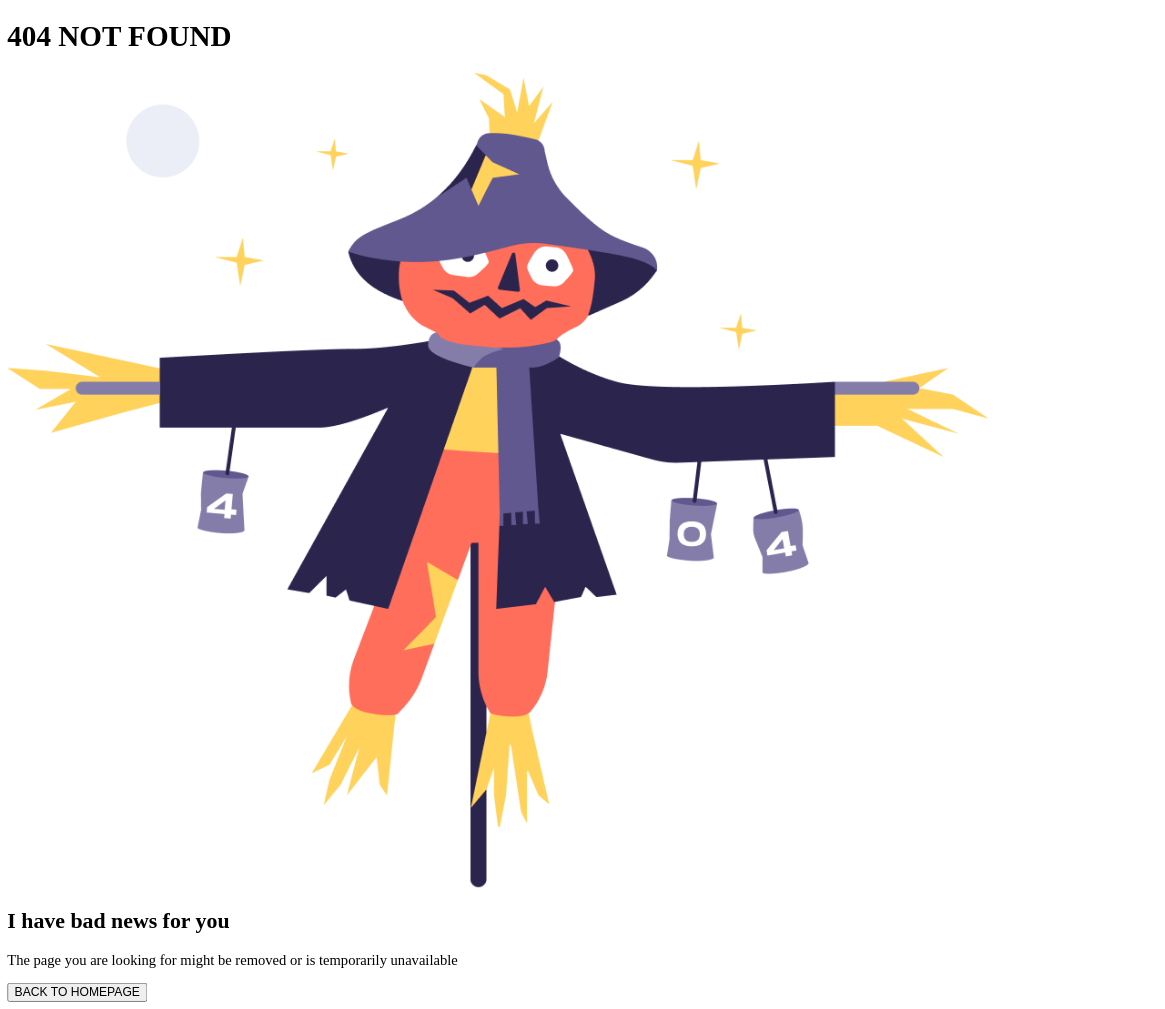
Repository: kellyalves87/404_not_found
Page: index.html
The author's editor kept a copy of each file at every save. The page is drawn from the files as they stood at one save, then again after the next save.
The browser window is 1280 px wide. The pictures show the whole page, at 91% of full size.

Above is the page before, as saved 2021-05-16 14:37:49.

### index.html
<!DOCTYPE html>
<html lang="en">

<head>
  <meta charset="utf-8" />
  <meta name="viewport" content="width=device-width, initial-scale=1,
  maximum-scale=5" />
  <link rel="icon" href="./assets/devchallenges.png" />
  <link rel="shortcut icon" type="image/x-icon" href="https://devchallenges.io/" />
  <link rel="preconnect" href="https://fonts.gstatic.com">
  <link href="https://fonts.googleapis.com/css2?family=Inconsolata:wght@700&family=Space+Mono:wght@400;700&display=swap"
    rel="stylesheet">
  <title>Devchallenges</title>
</head>

<header class="header">
  <h1>404 NOT FOUND</h1>
</header>

<body>
  <div class="content">
    <img src="./assets/Scarecrow.png" alt="straw man">
    <h2>I have bad news for you</h2>
    <p>The page you are looking for might be removed or is temporarily unavailable</p>
    <button type="button">BACK TO HOMEPAGE</button>
  </div>
</body>

</html>

### style/index.css
/* Mobile first */

.header {
    font-family: inconsolata;
    font-size: 1rem;
}

After the next save:
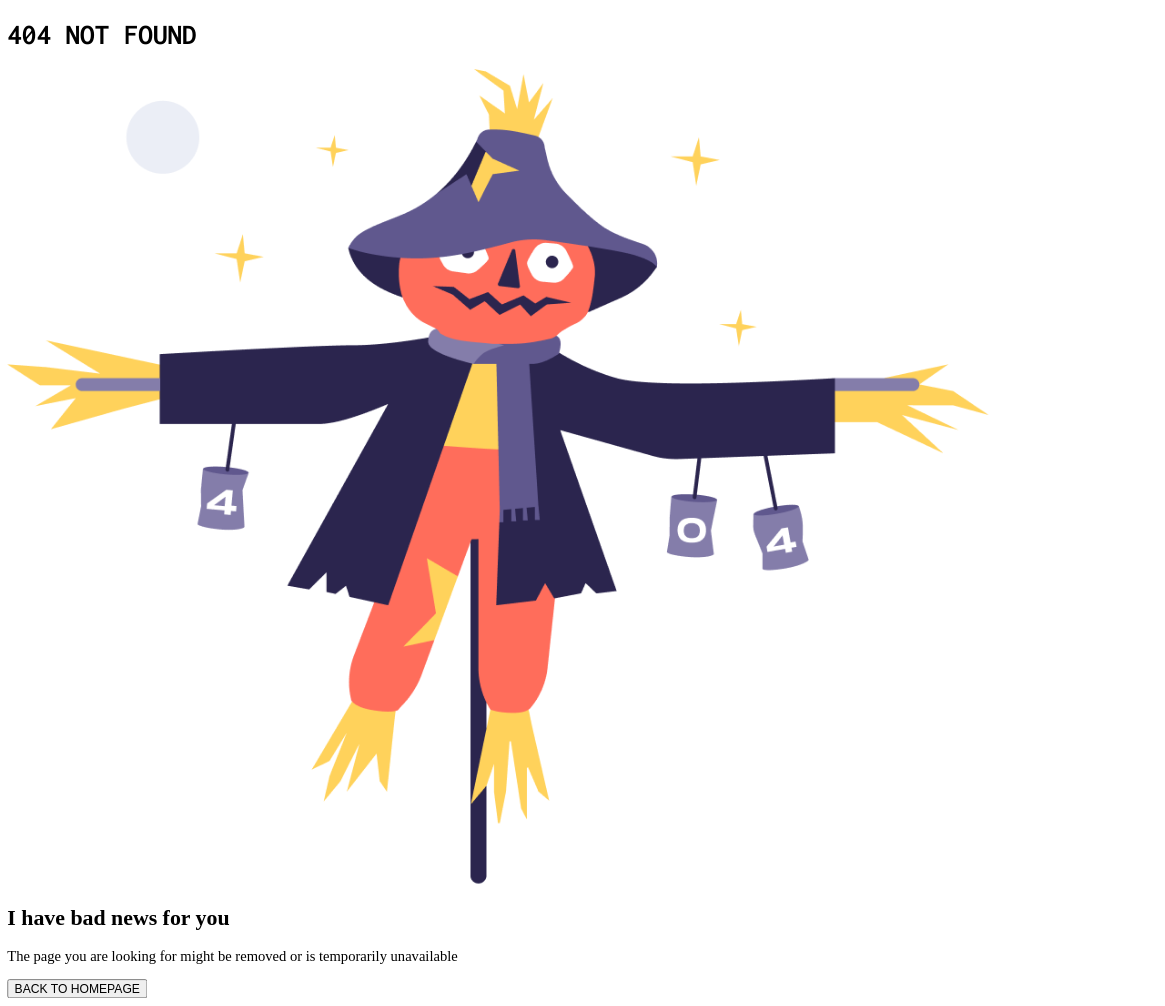
Saved 44 s later.
--- a/index.html
+++ b/index.html
@@ -10,6 +10,7 @@
   <link rel="preconnect" href="https://fonts.gstatic.com">
   <link href="https://fonts.googleapis.com/css2?family=Inconsolata:wght@700&family=Space+Mono:wght@400;700&display=swap"
     rel="stylesheet">
+  <link rel="stylesheet" href="./style/index.css">
   <title>Devchallenges</title>
 </head>
 
